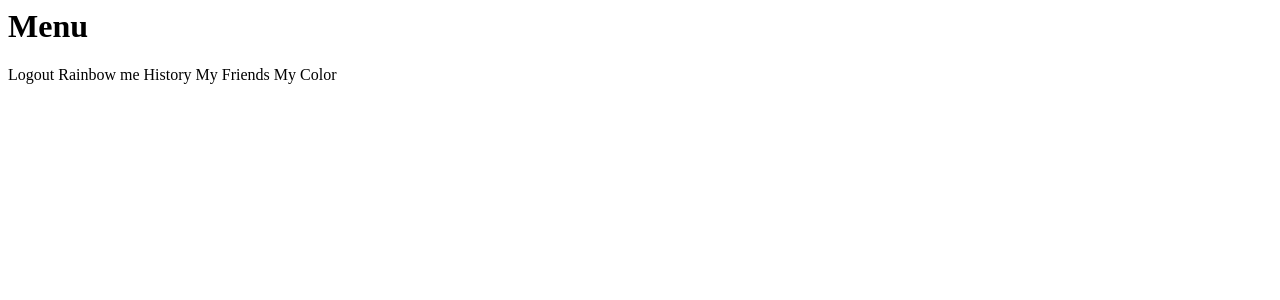
Repository: agustinbaretto/rainbow
Page: templates/menu.html
The author's editor kept a record of every edit. The page is drawn from the files as they stood at one moment, then again after the next edit.
The browser window is 1280 px wide. The pictures show the whole page.

Above is the page before.

### templates/menu.html
<ion-side-menus>
  <ion-pane ion-side-menu-content>
    <ion-nav-view name="menuContent" animation="slide-left-right"></ion-nav-view>
  </ion-pane>

  <ion-side-menu side="left">
    <header class="bar bar-header bar-stable">
      <h1 class="title">Menu</h1>
    </header>
    <ion-content class="has-header">
      <ion-list>
        <ion-item nav-clear menu-close ng-click="login()">
          Logout
        </ion-item>
        <ion-item nav-clear menu-close href="#/app/rainbow">
          Rainbow me
        </ion-item>
        <ion-item nav-clear menu-close href="#/app/history">
          History
        </ion-item>
        <ion-item nav-clear menu-close href="#/app/friends">
          My Friends
        </ion-item>
        <ion-item nav-clear menu-close href="#/app/me">
          My Color
        </ion-item>
      </ion-list>
    </ion-content>
  </ion-side-menu>
</ion-side-menus>

After the next edit:
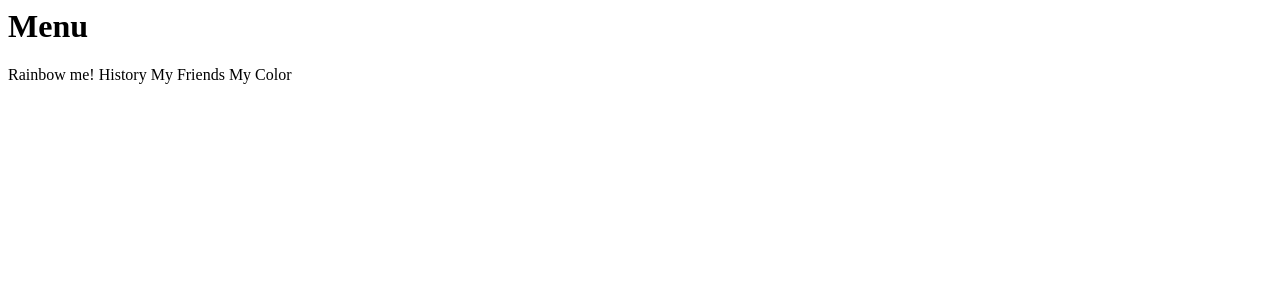
The edit:
--- a/templates/menu.html
+++ b/templates/menu.html
@@ -9,11 +9,8 @@
     </header>
     <ion-content class="has-header">
       <ion-list>
-        <ion-item nav-clear menu-close ng-click="login()">
-          Logout
-        </ion-item>
         <ion-item nav-clear menu-close href="#/app/rainbow">
-          Rainbow me
+          Rainbow me!
         </ion-item>
         <ion-item nav-clear menu-close href="#/app/history">
           History
